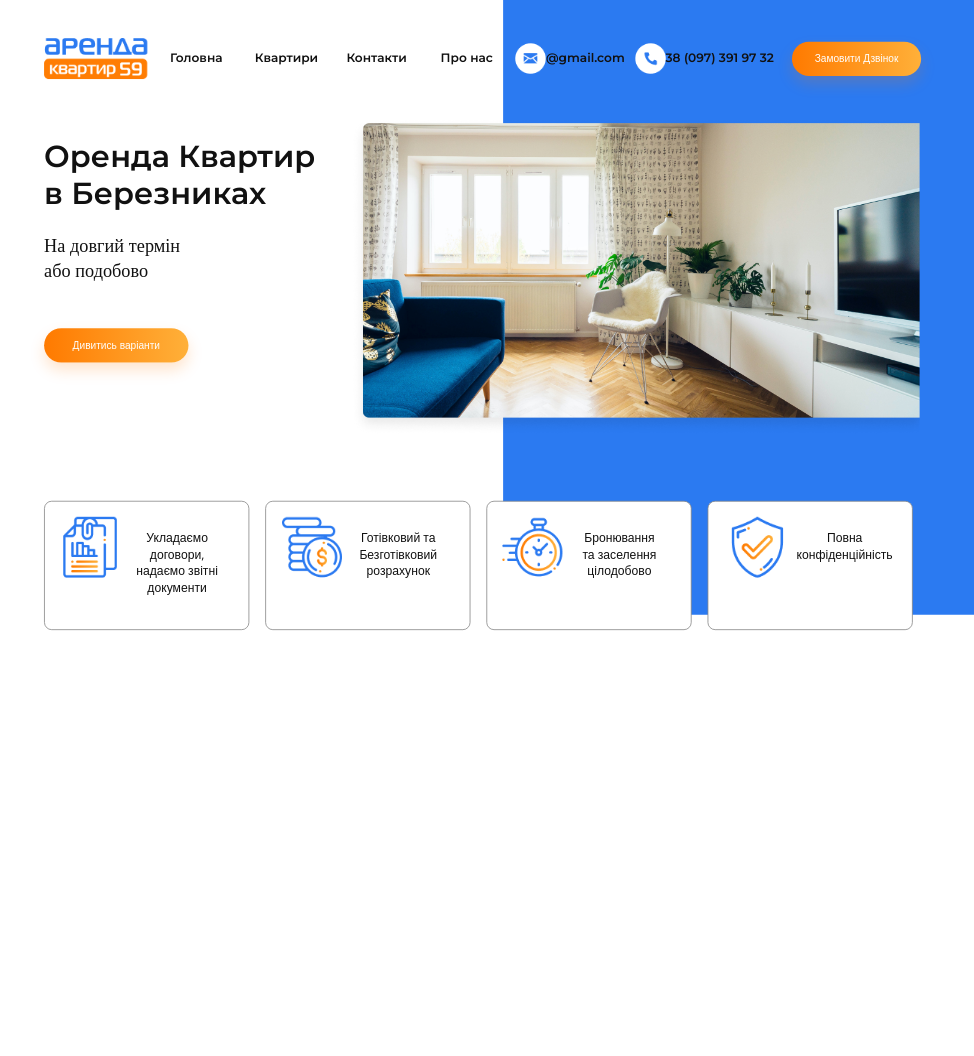
Repository: batonAnton/HW-7-grid
Page: index.html
These files come from the project's save history. The page is drawn as it stood at one moment and after the next save; the edit follows.
The browser window is 1280 px wide. The page is 1282 px wide, so the pictures cover 1282 px, including what lies to the right of the window. The pictures show the whole page, at 76% of full size.

Above is the page before, as saved 2022-06-25 18:57:18.

After the next save:
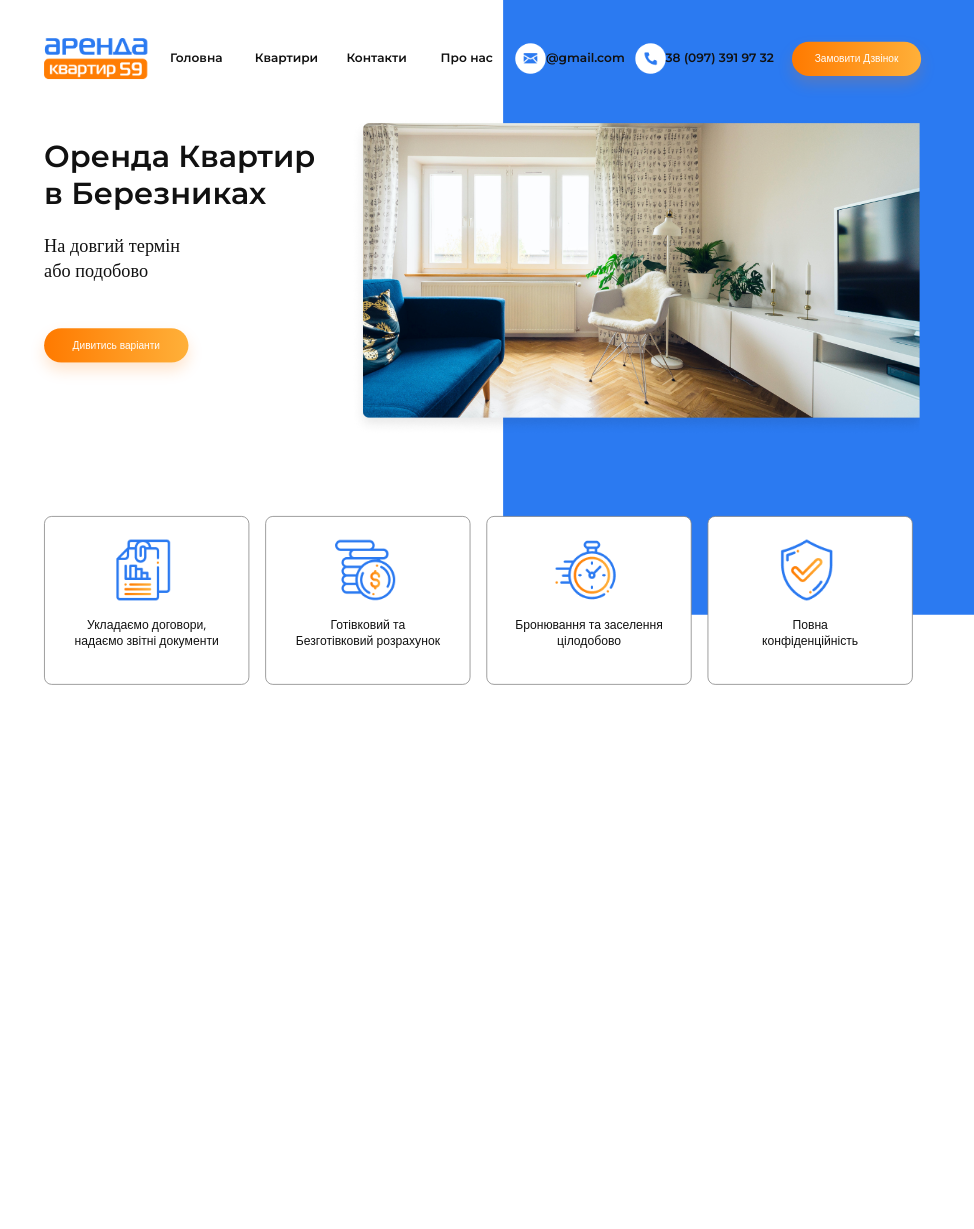
Saved 8 min 47 s later.
--- a/css/styles2.css
+++ b/css/styles2.css
@@ -141,7 +141,7 @@ header {
     display: grid;
     grid-template-columns: repeat(4,1fr);
     grid-template-rows: repeat(4,1fr);
-    margin-top: -200px;
+    margin-top: -180px;
     z-index: 1;
 }
 
@@ -157,8 +157,8 @@ header {
 
 .block{
     width: 270px;
-    height: 170px;
-    padding: 20px;
+    /* height: 170px; */
+    padding: 30px 20px;
     background: #FFFFFF;
     border-radius: 10px;
     border: 1px solid gray;
@@ -167,10 +167,11 @@ header {
 .block img{
     width: 80px;
     height: 80px;
+    margin-left: 70px;
 }
 
 .block1, .block2, .block3, .block4{
-    display: flex;
+    /* display: flex; */
     justify-content: space-around;
 }
 
